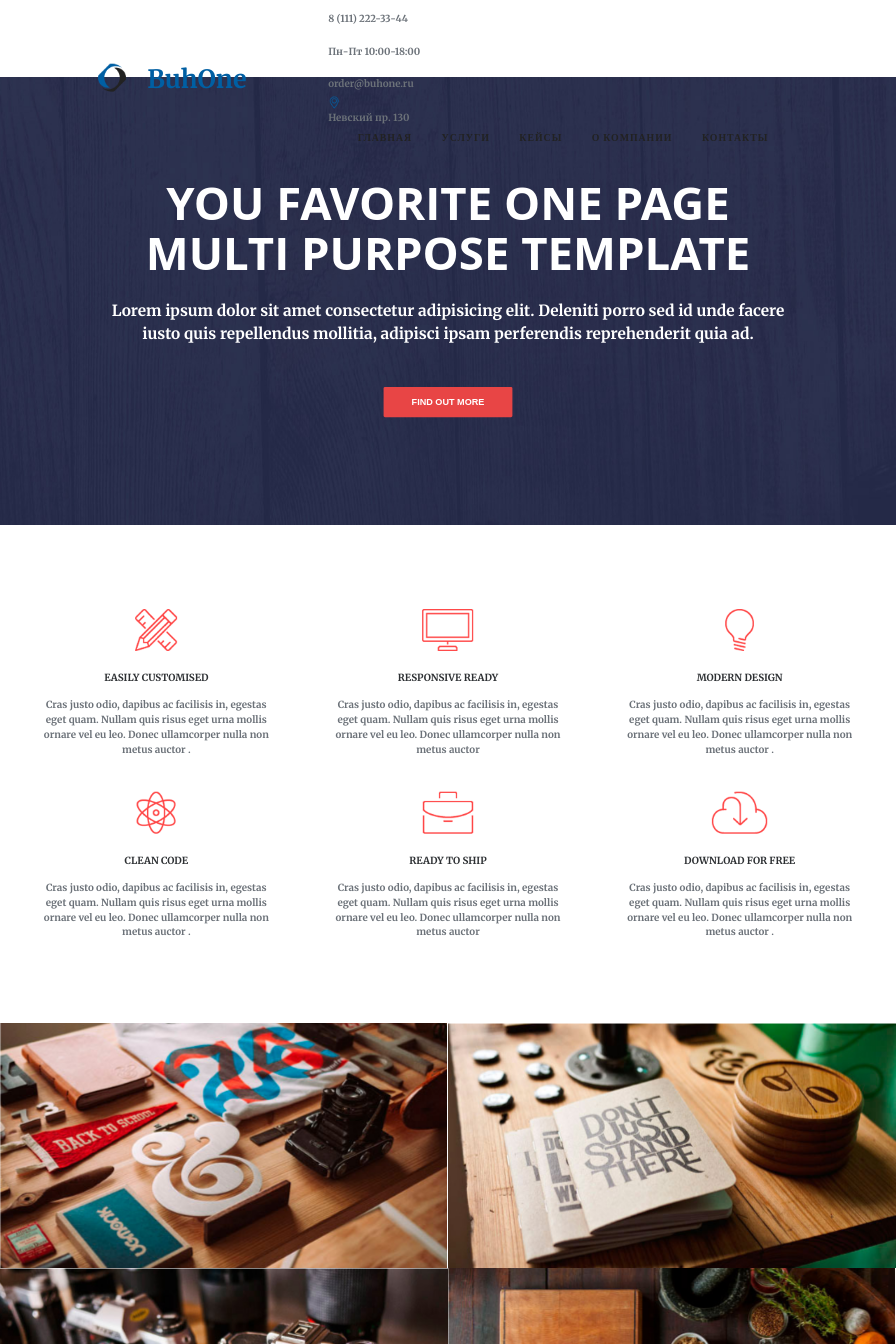
Repository: ZetsubouBilly/test
Page: index.html
An editor plug-in stored every save of this project. The page is shown before and after a run of saves, followed by the edit.
The browser window is 1280 px wide. The pictures show the part of the page from y = 0 to 1920 px (the page is 4929 px tall), at 70% of full size.

Above is the page before, as saved 2023-05-13 12:36:54.

### index.html
<!DOCTYPE html>
<html lang="ru">
<head>
    <meta charset="UTF-8">
    <meta name="viewport" content="width=device-width, initial-scale=1.0, minimum-scale=1.0, maximum-scale=1.0">  <link rel="preconnect" href="https://fonts.gstatic.com">
    <link rel="preconnect" href="https://fonts.googleapis.com">
    <link rel="preconnect" href="https://fonts.gstatic.com" crossorigin>
    <link href="https://fonts.googleapis.com/css2?family=Lato:wght@300;400&family=Merriweather:wght@700;900&display=swap" rel="stylesheet">
    <link rel="stylesheet" type="text/css" href="https://cdn.jsdelivr.net/npm/slick-carousel@1.8.1/slick/slick.css"/>
    <link rel="stylesheet" href="css/style.css">

   <meta name="description" content="Описание страницы">
   <meta name="google" content="notranslate" />
   <meta name="keywords" content="создаие сайтов, верстка сайтов" />

    <title>BuhOne</title>

    <script src="https://cdnjs.cloudflare.com/ajax/libs/jquery/3.5.1/jquery.min.js"></script>

</head>
<body>



<!-- Header -->

 <header class="header" id="header">

            <div class="header__inner">
                <div class="header__inner_l">
                    <div class="header__logo">
                        <img src="img/logo.png" alt="">
                        <p class="header__logo_name">BuhOne</p>
                    </div>
                </div>
                <div class="header__inner_r">
                    <div class="top-line">
                        <div class="top-line_info">
                            <img class="top-line_info_img" src="" alt="">
                            <p class="line_info_text">8 (111) 222-33-44</p>

                        </div>
                        <div class="top-line_info">
                            <img class="top-line_info_img" src="" alt="">
                            <p class="line_info_text">Пн-Пт 10:00-18:00</p>

                        </div>
                        <div class="top-line_info">
                            <img class="top-line_info_img" src="" alt="">
                            <p class="line_info_text">order@buhone.ru</p>

                        </div>
                        <div class="top-line_info">
                            <img class="top-line_info_img" src="img/placeholder.png" alt="">
                            <p class="line_info_text">Невский пр. 130</p>

                        </div>

                    </div>
                    <nav class="nav" id="nav">
                        <a class="nav__link" href="#" data-scroll="#features">Главная</a>
                        <a class="nav__link" href="#" data-scroll="#works">Услуги</a>
                        <a class="nav__link" href="#" data-scroll="#team">Кейсы</a>
                        <a class="nav__link" href="#" data-scroll="#reviews">О компании</a>
                        <a class="nav__link" href="#" data-scroll="#download">Контакты</a>
                    </nav>
                </div>




                <button class="burger" type="button" id="navToggle">
                    <span class="burger__item">Menu</span>
                </button>

            </div>

 </header>


 <!-- Intro -->

<div class="intro" id="intro">
    <div class="container">
        <div class="intro__inner">
             <h1 class="intro__title">You Favorite One Page Multi Purpose Template</h1>
             <h2 class="intro__subtitle">Lorem ipsum dolor sit amet consectetur adipisicing elit.
                 Deleniti porro sed id unde facere iusto quis repellendus mollitia, adipisci ipsam
                 perferendis reprehenderit quia ad.</h2>
                 <a class="btn  btn--red" href="">Find Out More</a>
        </div>
    </div>
</div>



<!-- Features -->

<div class="container" id="features">
    <div class="features">
        <div class="features__item">
            <img class="features__icon" src="img/features/feature-1.png" alt="">
            <h4 class="features__title">Easily Customised</h4>
            <div class="features__text">Cras justo odio, dapibus ac facilisis in,
                 egestas eget quam. Nullam quis risus eget urna mollis ornare
                 vel eu leo.
                 Donec ullamcorper nulla non metus auctor .</div>
        </div>

        <div class="features__item">
            <img class="features__icon" src="img/features/feature-2.png" alt="">
            <h4 class="features__title">Responsive Ready</h4>
            <div class="features__text">Cras justo odio, dapibus ac facilisis in,
                 egestas eget quam. Nullam quis risus eget urna mollis ornare vel
                  eu leo.
                 Donec ullamcorper nulla non metus auctor </div>

        </div>


        <div class="features__item">
            <img class="features__icon" src="img/features/feature-3.png" alt="">
            <h4 class="features__title">Modern Design</h4>
            <div class="features__text">Cras justo odio, dapibus ac facilisis in,
                 egestas eget quam. Nullam quis risus eget urna mollis ornare
                 vel eu leo.
                 Donec ullamcorper nulla non metus auctor .</div>
        </div>

        <div class="features__item">
            <img class="features__icon" src="img/features/feature-4.png" alt="">
            <h4 class="features__title">Clean Code</h4>
            <div class="features__text">Cras justo odio, dapibus ac facilisis in,
                 egestas eget quam. Nullam quis risus eget urna mollis ornare
                 vel eu leo.
                 Donec ullamcorper nulla non metus auctor .</div>
        </div>

        <div class="features__item">
            <img class="features__icon" src="img/features/feature-5.png" alt="">
            <h4 class="features__title">Ready To Ship</h4>
            <div class="features__text">Cras justo odio, dapibus ac facilisis in,
                 egestas eget quam. Nullam quis risus eget urna mollis ornare vel
                  eu leo.
                 Donec ullamcorper nulla non metus auctor </div>

        </div>


        <div class="features__item">
            <img class="features__icon" src="img/features/feature-6.png" alt="">
            <h4 class="features__title">Download For Free</h4>
            <div class="features__text">Cras justo odio, dapibus ac facilisis in,
                 egestas eget quam. Nullam quis risus eget urna mollis ornare
                 vel eu leo.
                 Donec ullamcorper nulla non metus auctor .</div>
        </div>
    </div><!-- /Features -->
</div>  <!-- /container -->


<!-- Works -->

<div class="works" id="works">
    <div class="works__item">
        <img class="works__photo" src="img/works/work-1.jpg" alt="">
        <div class="works__content">
            <div class="works__title">Project Name</div>
            <div class="works__text">User Interface Design</div>
        </div>
    </div>

    <div class="works__item">
        <img class="works__photo" src="img/works/work-2.jpg" alt="">
        <div class="works__content">
            <div class="works__title">Project Name</div>
            <div class="works__text">User Interface Design</div>
        </div>
    </div>

    <div class="works__item">
        <img class="works__photo" src="img/works/work-3.jpg" alt="">
        <div class="works__content">
            <div class="works__title">Project Name</div>
            <div class="works__text">User Interface Design</div>
        </div>
    </div>

    <div class="works__item">
        <img class="works__photo" src="img/works/work-4.jpg" alt="">
        <div class="works__content">
            <div class="works__title">Project Name</div>
            <div class="works__text">User Interface Design</div>
        </div>
    </div>

    <div class="works__item">
        <img class="works__photo" src="img/works/work-5.jpg" alt="">
        <div class="works__content">
            <div class="works__title">Project Name</div>
            <div class="works__text">User Interface Design</div>
        </div>
    </div>

    <div class="works__item">
        <img class="works__photo" src="img/works/work-6.jpg" alt="">
        <div class="works__content">
            <div class="works__title">Project Name</div>
            <div class="works__text">User Interface Design</div>
        </div>
    </div>

    <div class="works__item">
        <img class="works__photo" src="img/works/work-7.jpg" alt="">
        <div class="works__content">
            <div class="works__title">Project Name</div>
            <div class="works__text">User Interface Design</div>
        </div>
    </div>

    <div class="works__item">
        <img class="works__photo" src="img/works/work-8.jpg" alt="">
        <div class="works__content">
            <div class="works__title">Project Name</div>
            <div class="works__text">User Interface Design</div>
        </div>
    </div>

</div> <!-- /works -->



<!-- Team -->
<div class="team" id="team">
    <div class="container">
        <div class="team__inner">

            <div class="team__item">
                <img class="team__photo" src="img/team/team-1.jpg" alt="">
                <div class="team__name">Ruth Woods</div>
                <div class="team__prof">Founder, CEO</div>
                <div class="team__text">
                    <p>Fusce dapibus, tellus ac cursus commodo, tortor mauris
                         condimentum nibh, ut fermentum massa justo sit amet risus.
                          Maecenas sed diam eget risus varius blandit sit amet non magna.
                         Nullam quis risus eget urna mollis ornare vel eu leo.</p>

                     <p>Fusce dapibus, tellus ac cursus commodo, tortor mauris
                            condimentum nibh, ut fermentum massa justo sit amet risus.
                             Maecenas sed diam eget risus varius blandit sit amet non magna.
                            Nullam quis risus eget urna mollis ornare vel eu leo.</p>
                </div>
                <div class="social">
                    <a class="social__item" href="" target="_blank">
                        <svg class="social__icon">
                            <use xlink:href="#facebook"></use>
                        </svg>
                    </a>

                    <a class="social__item" href="" target="_blank">
                        <svg class="social__icon">
                            <use xlink:href="#twitter"></use>
                        </svg>
                    </a>

                    <a class="social__item" href="" target="_blank">
                        <svg class="social__icon">
                            <use xlink:href="#linkedin"></use>
                        </svg>
                    </a>


                </div>
            </div>

            <div class="team__item">
                <img class="team__photo" src="img/team/team-2.jpg" alt="">
                <div class="team__name">Timothy Reed</div>
                <div class="team__prof">Co-Founder, Developer</div>
                <div class="team__text">
                    <p>Fusce dapibus, tellus ac cursus commodo, tortor mauris
                         condimentum nibh, ut fermentum massa justo sit amet risus.
                          Maecenas sed diam eget risus varius blandit sit amet non magna.
                         Nullam quis risus eget urna mollis ornare vel eu leo..</p>

                     <p>Fusce dapibus, tellus ac cursus commodo, tortor mauris
                            condimentum nibh, ut fermentum massa justo sit amet risus.
                             Maecenas sed diam eget risus varius blandit sit amet non magna.
                            Nullam quis risus eget urna mollis ornare vel eu leo.</p>
                </div>
                <div class="social">
                    <a class="social__item" href="" target="_blank">
                        <svg class="social__icon">
                            <use xlink:href="#facebook"></use>
                        </svg>
                    </a>

                    <a class="social__item" href="" target="_blank">
                        <svg class="social__icon">
                            <use xlink:href="#twitter"></use>
                        </svg>
                    </a>

                    <a class="social__item" href="" target="_blank">
                        <svg class="social__icon">
                            <use xlink:href="#linkedin"></use>
                        </svg>
                    </a>


                </div>
            </div>

            <div class="team__item">
                <img class="team__photo" src="img/team/team-3.jpg" alt="">
                <div class="team__name">Victoria Valdez</div>
                <div class="team__prof">UI Designer</div>
                <div class="team__text">
                    <p>Fusce dapibus, tellus ac cursus commodo, tortor mauris
                         condimentum nibh, ut fermentum massa justo sit amet risus.
                          Maecenas sed diam eget risus varius blandit sit amet non magna.
                         Nullam quis risus eget urna mollis ornare vel eu leo..</p>

                     <p>Fusce dapibus, tellus ac cursus commodo, tortor mauris
                            condimentum nibh, ut fermentum massa justo sit amet risus.
                             Maecenas sed diam eget risus varius blandit sit amet non magna.
                            Nullam quis risus eget urna mollis ornare vel eu leo.</p>
                </div>
                <div class="social">
                    <a class="social__item" href="" target="_blank">
                        <svg class="social__icon">
                            <use xlink:href="#facebook"></use>
                        </svg>
                    </a>

                    <a class="social__item" href="" target="_blank">
                        <svg class="social__icon">
                            <use xlink:href="#twitter"></use>
                        </svg>
                    </a>

                    <a class="social__item" href="" target="_blank">
                        <svg class="social__icon">
                            <use xlink:href="#linkedin"></use>
                        </svg>
                    </a>


                </div>
            </div>

            <div class="team__item">
                <img class="team__photo" src="img/team/team-4.jpg" alt="">
                <div class="team__name">Beverly Little</div>
                <div class="team__prof">Data Scientist</div>
                <div class="team__text">
                    <p>Fusce dapibus, tellus ac cursus commodo, tortor mauris
                         condimentum nibh, ut fermentum massa justo sit amet risus.
                          Maecenas sed diam eget risus varius blandit sit amet non magna.
                         Nullam quis risus eget urna mollis ornare vel eu leo..</p>

                     <p>Fusce dapibus, tellus ac cursus commodo, tortor mauris
                            condimentum nibh, ut fermentum massa justo sit amet risus.
                             Maecenas sed diam eget risus varius blandit sit amet non magna.
                            Nullam quis risus eget urna mollis ornare vel eu leo.</p>
                </div>
                <div class="social">
                    <a class="social__item" href="" target="_blank">
                        <svg class="social__icon">
                            <use xlink:href="#facebook"></use>
                        </svg>
                    </a>

                    <a class="social__item" href="" target="_blank">
                        <svg class="social__icon">
                            <use xlink:href="#twitter"></use>
                        </svg>
                    </a>

                    <a class="social__item" href="" target="_blank">
                        <svg class="social__icon">
                            <use xlink:href="#linkedin"></use>
                        </svg>
                    </a>


                </div>
            </div>

        </div><!-- /team__inner -->
    </div><!-- /container -->
</div><!-- /team -->


<!-- Testimonials -->

<div class="reviews" id="reviews">
    <div class="container">

        <div class="reviews__slider" id="reviewsSlider">
            <div class="slick-item">
             <div class="reviews__item">
                 <div class="reviews__photo">
                     <img class="reviews__img" src="img/reviews/review-1.jpg" alt="">
                 </div>
                 <div class="reviews__content">
                        <div class="reviews__text">“Integer posuere erat a ante venenatis dapibus posuere velit aliquet. Donec sed odio dui. Aenean eu leo quam...”</div>
                       <div class="reviews__author">Susan Sims, Interaction Designer at XYZ</div>
                 </div>
                </div>
            </div>

                <div class="slick-item">
                <div class="reviews__item">
                    <div class="reviews__photo">
                        <img class="reviews__img" src="img/reviews/review-1.jpg" alt="">
                    </div>
                    <div class="reviews__content">
                           <div class="reviews__text">"Lorem ipsum dolor sit amet consectetur, adipisicing elit. Maiores, tempore velit, debitis quasi doloribus vero natus sint ratione temporibus fugiat voluptatum nesciunt modi. Adipisci aliquid voluptatem magni laborum, facilis nisi".</div>
                          <div class="reviews__author">Susan Sims, Interaction Designer at XYZ</div>
                    </div>
                   </div>
                </div>
            </div>
        </div>

    </div>
</div> <!-- /reviews -->




<!-- Download -->

<div class="download" id="download">
    <div class="container">
        <h3 class="download__title">Are You Ready to Start? Download Now For Free!</h3>
        <div class="download__text"><p>Fusce dapibus, tellus ac cursus commodo</p>
        </div>
        <a class="btn  btn--red  btn--long" href="">Download Here</a>
    </div>
</div>


<!-- Footer -->


<footer class="footer">
    <div class="container">

        <div class="footer__inner">
            <div class="footer__block">
                <h4 class="footer__title">Location</h4>
                <address class="footer__adress"><div>3481 Melrose Place</div>
                    <div>Beverly Hills, CA 90210</div>
                </address>
            </div>

            <div class="footer__block">
                <h4 class="footer__title">Share with Love</h4>
                <div class="social  social--footer">
                    <a class="social__item" href="" target="_blank">
                        <svg class="social__icon">
                            <use xlink:href="#facebook"></use>
                        </svg>
                    </a>

                    <a class="social__item" href="" target="_blank">
                        <svg class="social__icon">
                            <use xlink:href="#twitter"></use>
                        </svg>
                    </a>

                    <a class="social__item" href="" target="_blank">
                        <svg class="social__icon">
                            <use xlink:href="#linkedin"></use>
                        </svg>
                    </a>


                </div>
            </div> <!-- /footer__block__social -->

            <div class="footer__block">
                <h4 class="footer__title">About ActiveBox</h4>
                <div class="footer__text"><p>Cras justo odio, dapibus ac facilisis in, egestas eget quam. Donec ullamcorper nulla non metus auctor fringilla.</p></div>
            </div>

        </div> <!-- /footer__inner -->

    </div> <!-- /container -->

    <div class="copyright">
        <div class="container">
          <div class="copyright__text"><div>Copyright © 2015 ActiveBox. All Rights Reserved</div>
           <div>Made  <span>by Kamal Chaneman</span></div>
        </div>
    </div>
</div>
</footer>


<!-- Javascript -->
<script  src="https://cdn.jsdelivr.net/npm/slick-carousel@1.8.1/slick/slick.min.js"></script>
<script src="js/app.js"></script>


</body>
</html>

Loaded but not shown: js/app.js (82 lines, source omitted); css/style.css (802 lines, source omitted)

After the next 3 saves:
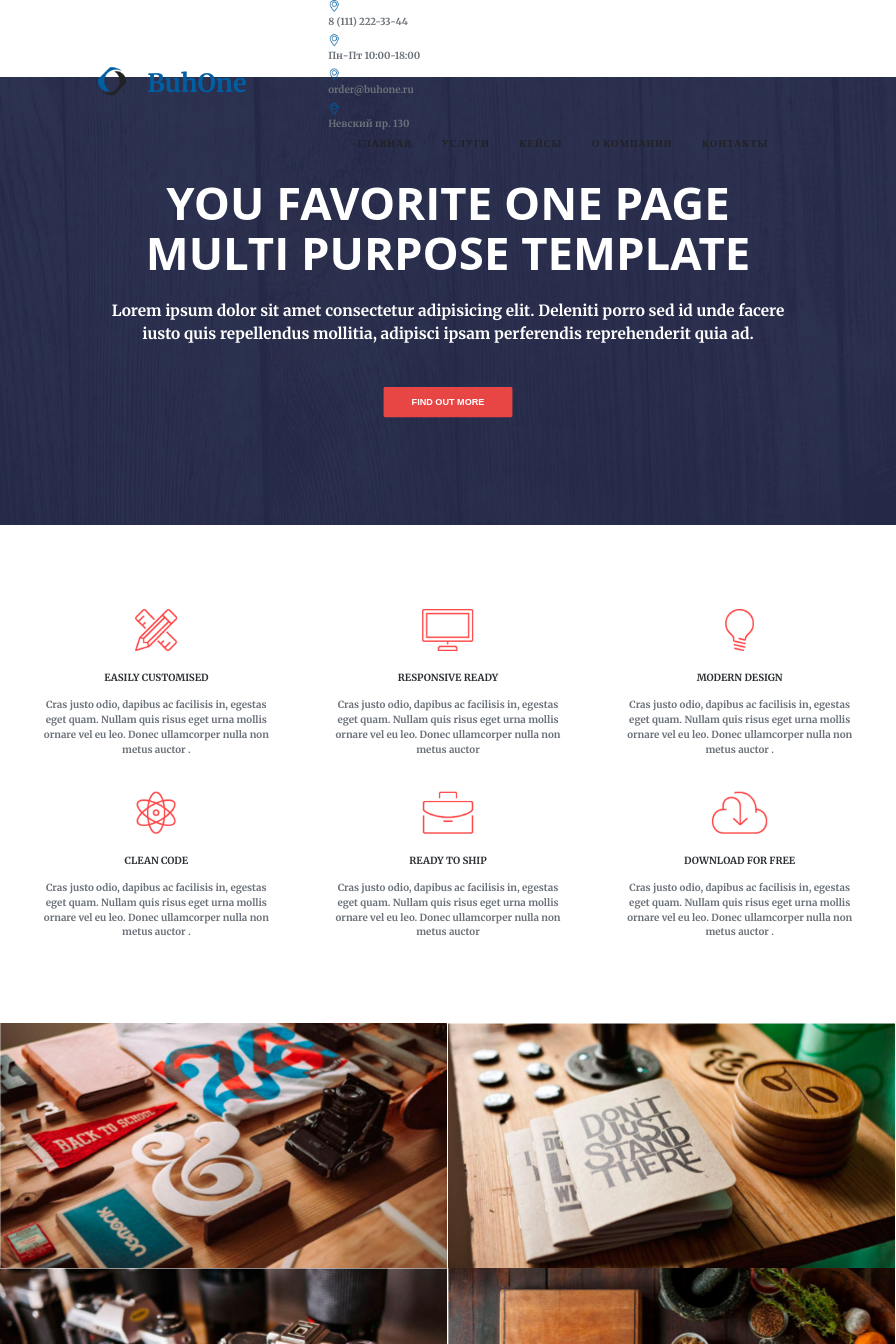
The 3 saves are shown as one change because they came seconds apart.
The last was saved 18 s later.
--- a/index.html
+++ b/index.html
@@ -36,17 +36,17 @@
                 <div class="header__inner_r">
                     <div class="top-line">
                         <div class="top-line_info">
-                            <img class="top-line_info_img" src="" alt="">
+                            <img class="top-line_info_img" src="img/placeholder.png" alt="">
                             <p class="line_info_text">8 (111) 222-33-44</p>
 
                         </div>
                         <div class="top-line_info">
-                            <img class="top-line_info_img" src="" alt="">
+                            <img class="top-line_info_img" src="img/placeholder.png" alt="">
                             <p class="line_info_text">Пн-Пт 10:00-18:00</p>
 
                         </div>
                         <div class="top-line_info">
-                            <img class="top-line_info_img" src="" alt="">
+                            <img class="top-line_info_img" src="img/placeholder.png" alt="">
                             <p class="line_info_text">order@buhone.ru</p>
 
                         </div>
